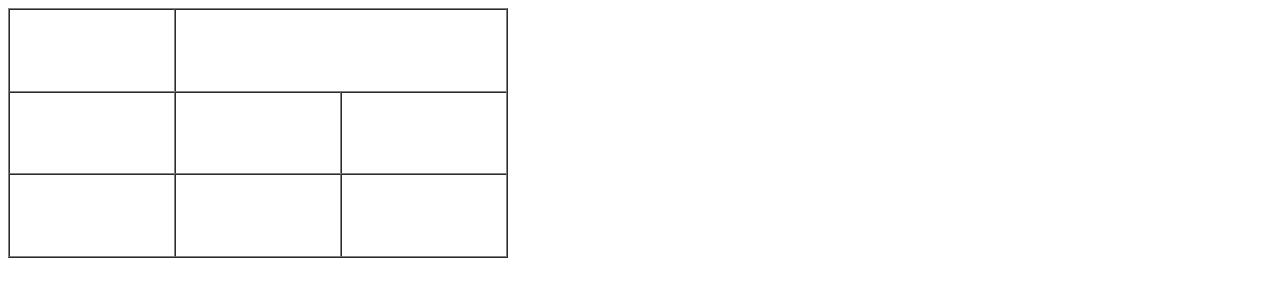
Repository: 129021/Front-end-learning
Page: 第2天/05-合并单元格.html
The author's editor kept a copy of each file at every save. The page is drawn from the files as they stood at one save, then again after a run of saves.
The browser window is 1280 px wide. The pictures show the whole page.

Above is the page before, as saved 2021-10-15 20:12:40.

After the next 3 saves:
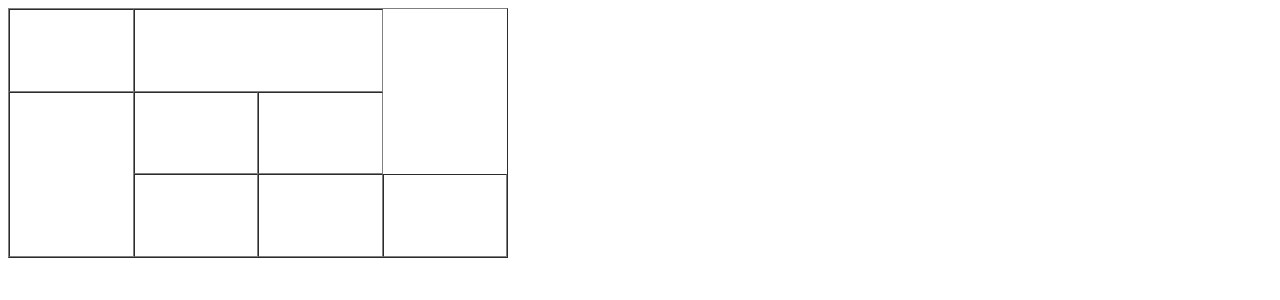
The 3 saves are shown as one change because they came seconds apart.
The last was saved 42 s later.
--- a/第2天/05-合并单元格.html
+++ b/第2天/05-合并单元格.html
@@ -16,7 +16,7 @@
 
         </tr>
         <tr>
-            <td></td>
+            <td rowspan="2"></td>
             <td></td>
             <td></td>
         </tr>
